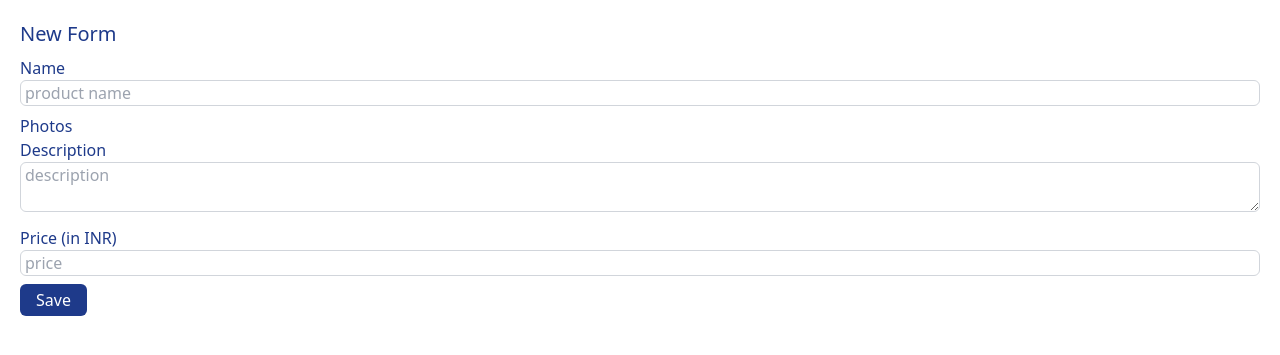
Repository: xoshiraghavx/CRUDS
Page: /products/new
The author's editor kept a copy of each file at every save. The page is drawn from the files as they stood at one save, then again after the next save.
The browser window is 1280 px wide. The pictures show the whole page.
The project was rebuilt for these pictures with package versions that can differ from the ones it lists, and the page was loaded fresh each time. The framework's server and built-in components were replaced by stand-ins that run in the browser. Also part of the build but not shown: next.config.mjs.

Above is the page before, as saved 2024-04-02 18:46:18.

### pages/_app.js
import "@/styles/globals.css";


import { SessionProvider } from "next-auth/react"

export default function App({
  Component, pageProps: { session, ...pageProps }

}) {
  return (
    <SessionProvider session={session}>
      <Component {...pageProps}/>
    </SessionProvider>
  )
}

### pages/products/new.js
import ProductForm from "@/components/ProductForm";

export default function NewProduct(){

    return(
        <div className="m-5">
            <h1> New Form</h1>
            <ProductForm/>
        </div>
    )
}

### styles/globals.css
@tailwind base;
@tailwind components;
@tailwind utilities;

input, textarea{
    @apply border border-gray-300 rounded-md px-1 w-full;
    @apply mb-2;

}
input:focus, textarea:focus{
    @apply border-blue-900;
}
h1{
    @apply mb-2 text-xl text-blue-900;
}
label{
    @apply text-blue-900;
}
.btn-primary{
    @apply bg-blue-900 text-white px-4 rounded-md py-1;
}
table.basic{
    @apply w-full;
}
table.basic thead tr td{
    @apply bg-blue-100;
}
table.basic tr td{
    @apply border border-blue-200 p-1;
}
table.basic a{
    @apply bg-blue-900 text-white text-sm py-1 px-2 inline-flex gap-1 mr-1 rounded-md
}
.btn-default, .btn-red{
    @apply py-1 px-4 rounded-md;
}
.btn-red{
    @apply bg-red-600 text-white;
}
.btn-default{
    @apply bg-gray-500 text-white;
}

### components/ProductForm.js
import axios from "axios";
import { useRouter } from "next/router";
import { useState } from "react";

export default function ProductForm(
    {
    _id,
    title:existingTitle,
    description:existingDescription,
    price:existingPrice,
    }
    ){
    const [title, setTitle] = useState(existingTitle || '');
    const [description, setDescription] = useState(existingDescription || '');
    const [price, setPrice] = useState(existingPrice || '');
    const [goToProducts, setGoToProducts] = useState(false);
    const router = useRouter();
    async function saveProduct(ev){
        ev.preventDefault();
        const data ={title, description, price};
        if(_id){
            //update
            await axios.put('/api/products', {...data, _id});
        }else{
            //create
            await axios.post('/api/products', data);
        }
        setGoToProducts(true);
    }
    if(goToProducts){
        router.push('/');
    }

    return(
            <form onSubmit={saveProduct}>

            <label>Name</label>
            <input
            type="text"
            placeholder="product name"
            value={title}
            onChange={ev=> setTitle(ev.target.value)} />
            <label>Photos</label>
            <div>

            </div>
            <label>Description</label>
            <textarea
            placeholder="description"
            value={description}
            onChange={ev=>setDescription(ev.target.value)}/>
            <label>Price (in INR)</label>
            <input
            type="number"
            placeholder="price"
            value={price}
            onChange={ev=>setPrice(ev.target.value)}/>
            <button
            type="submit"
            className="btn-primary">
                Save
            </button>
            </form>
    )
}

Loaded but not shown: pages/_document.js (common file); tailwind.config.js (common file)

After the next save:
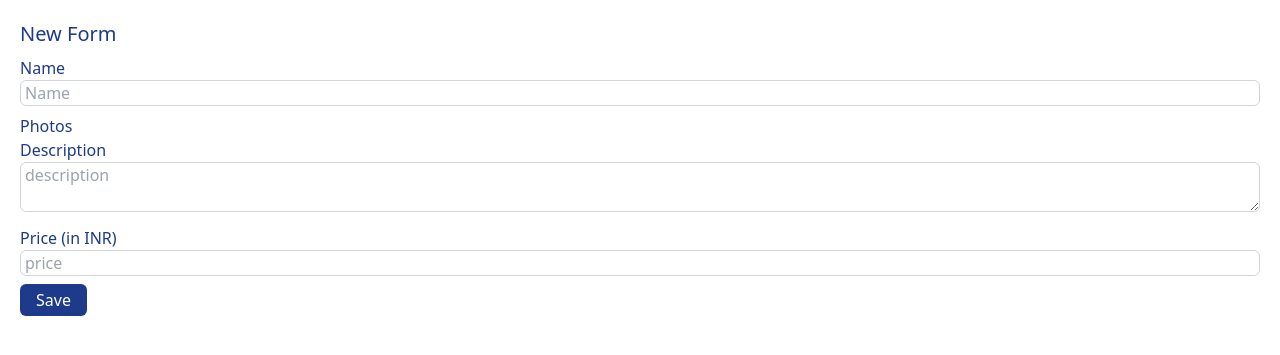
Saved 6 s later.
--- a/components/ProductForm.js
+++ b/components/ProductForm.js
@@ -37,7 +37,7 @@ export default function ProductForm(
             <label>Name</label>
             <input
             type="text"
-            placeholder="product name"
+            placeholder="Name"
             value={title}
             onChange={ev=> setTitle(ev.target.value)} />
             <label>Photos</label>
